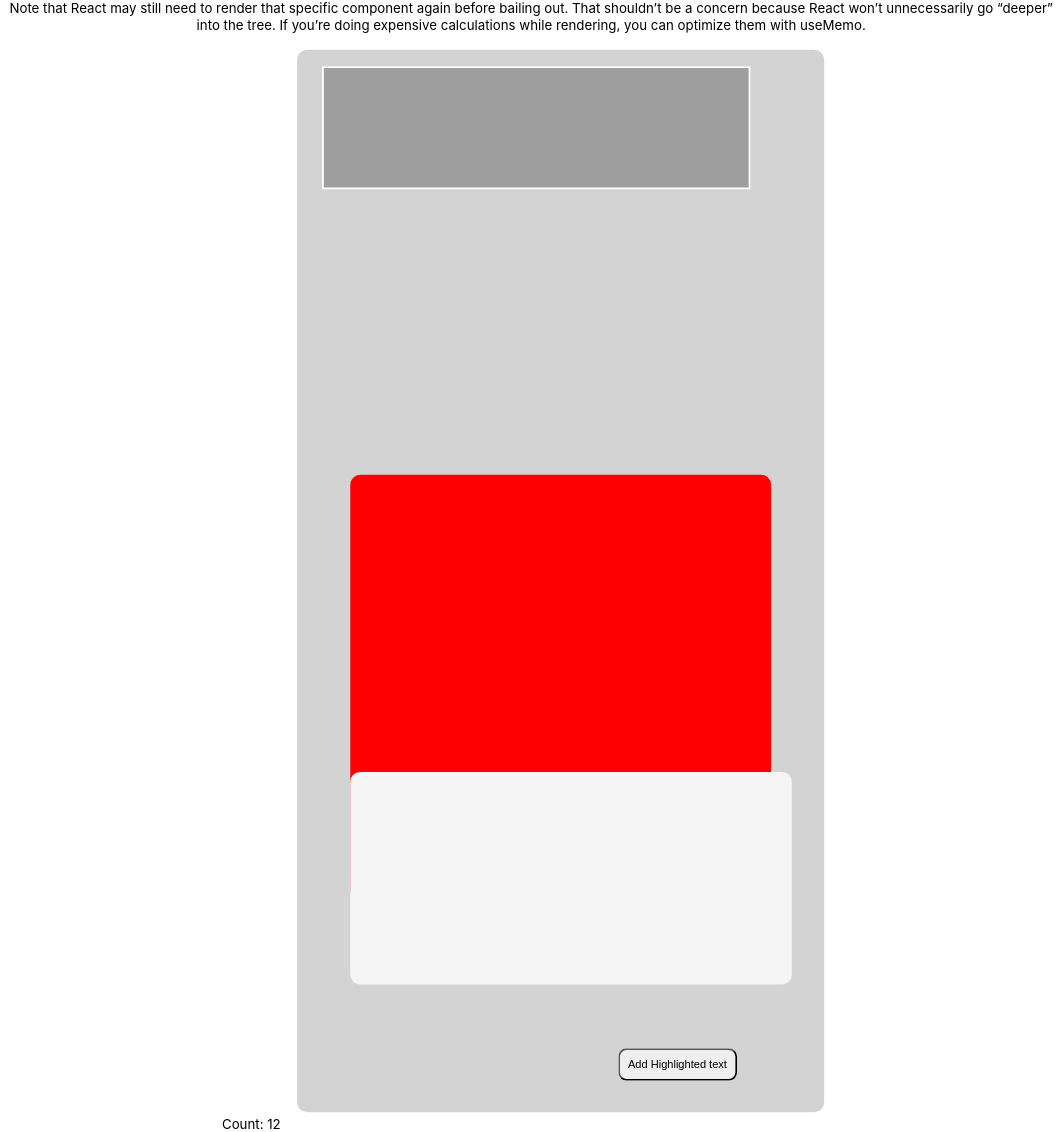
Repository: Farbod29/React-text-highlighter-with-hook-
Page: /
The author's editor kept a copy of each file at every save. The page is drawn from the files as they stood at one save, then again after the next save.
The browser window is 1280 px wide. The pictures show the whole page, at 83% of full size.
Pictures or frames that could not be fetched are drawn as grey boxes. The project was rebuilt for these pictures with package versions that can differ from the ones it lists, and the page was loaded fresh each time.

Above is the page before, as saved 2022-02-18 23:01:04.

After the next save:
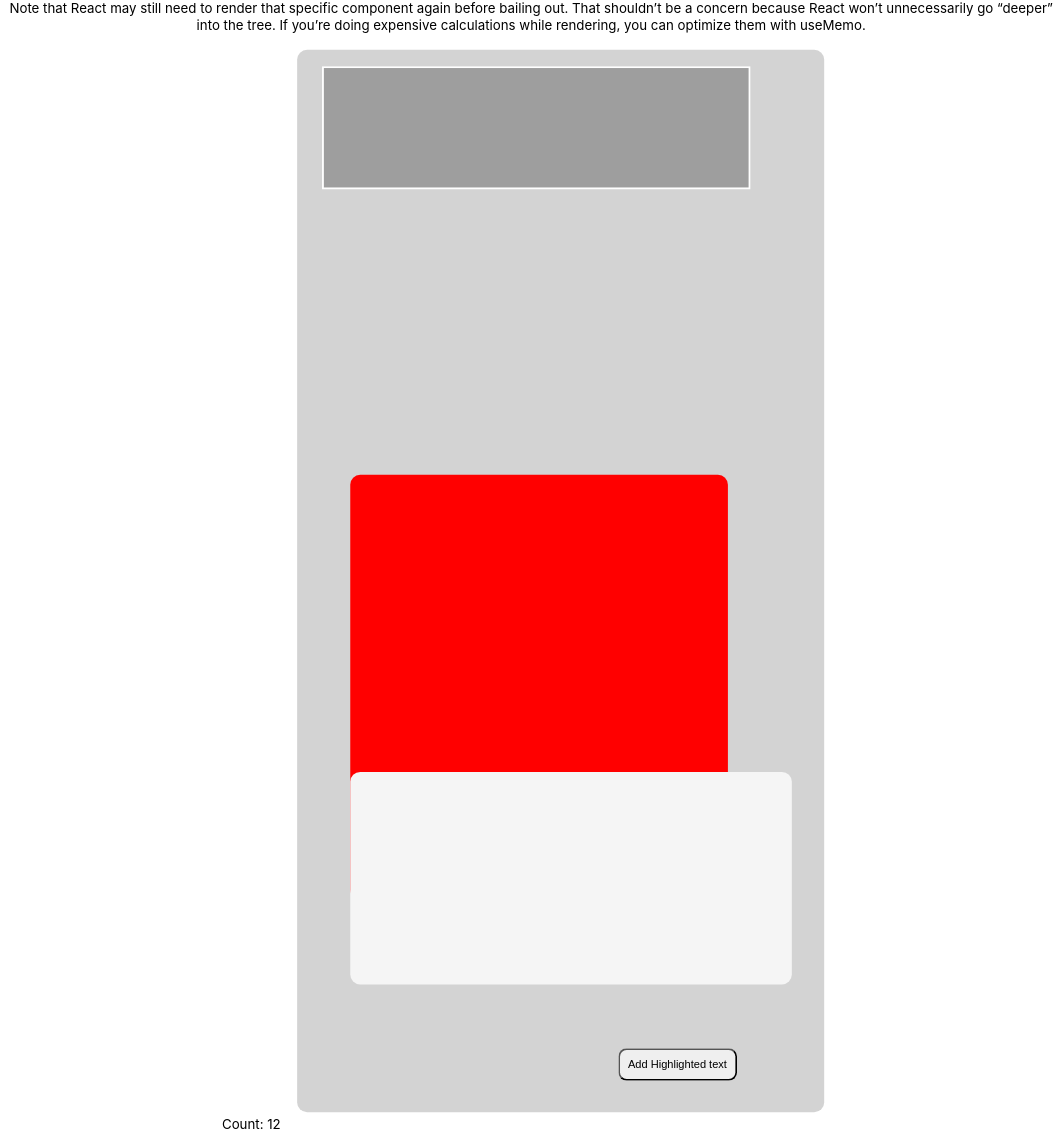
Saved 95 s later.
--- a/src/highlighter.js
+++ b/src/highlighter.js
@@ -51,7 +51,7 @@
             padding: '0px 10px',
             backgroundColor: 'red',
             height: '40vw',
-            width: '38vw',
+            width: '34vw',
             left: '5vw',
             top: '40vw',
             borderRadius: '12px',

After the save that followed:
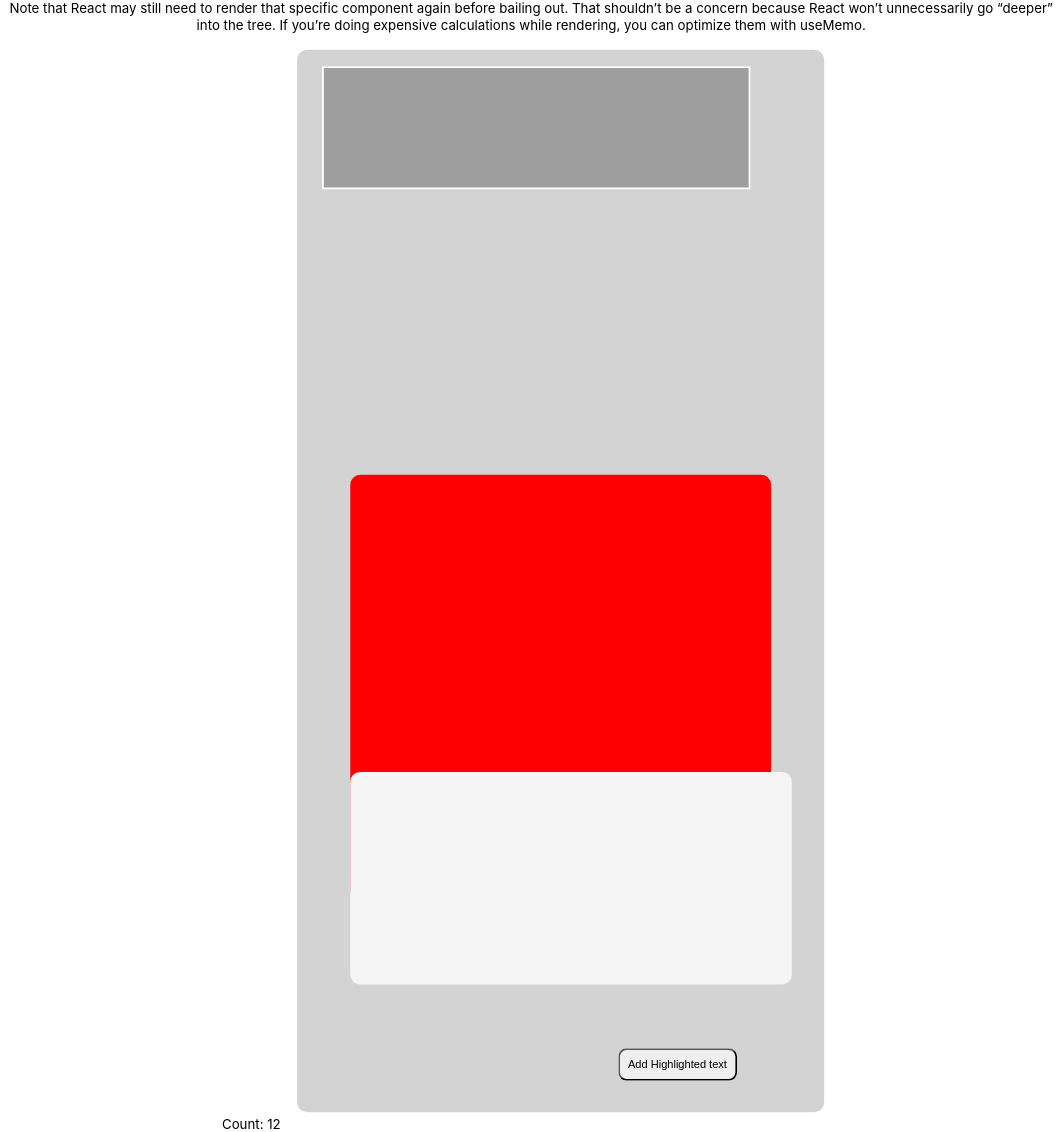
Saved 7 s later.
--- a/src/highlighter.js
+++ b/src/highlighter.js
@@ -51,7 +51,7 @@
             padding: '0px 10px',
             backgroundColor: 'red',
             height: '40vw',
-            width: '34vw',
+            width: '38vw',
             left: '5vw',
             top: '40vw',
             borderRadius: '12px',
